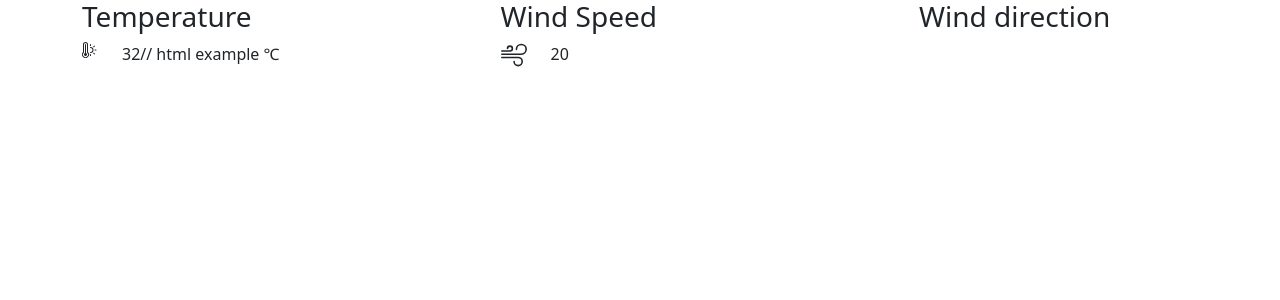
Repository: Saiyamjain-100/weather-app
Page: src/component/new.html
An editor plug-in stored every save of this project. The page is shown before and after a run of saves, followed by the edit.
The browser window is 1280 px wide. The pictures show the whole page.

Above is the page before, as saved 2022-05-18 14:29:09.

After the next 2 saves:
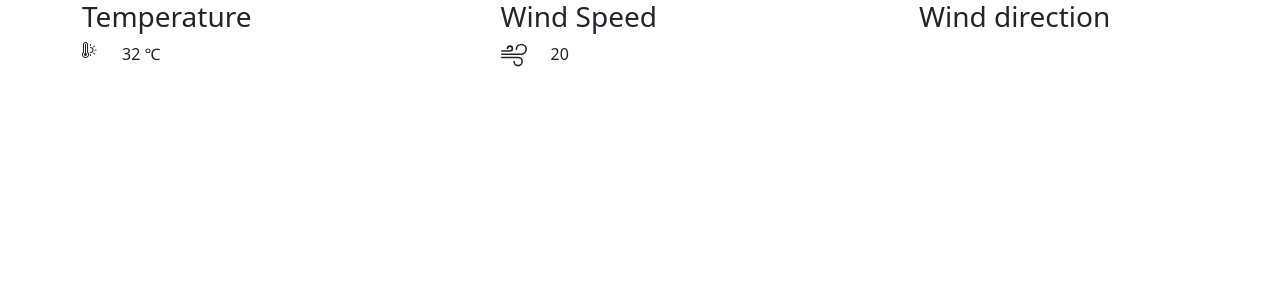
The 2 saves are shown as one change because they came seconds apart.
The last was saved 6 s later.
--- a/src/component/new.html
+++ b/src/component/new.html
@@ -20,8 +20,7 @@
                         <path d="M5 12.5a1.5 1.5 0 1 1-2-1.415V2.5a.5.5 0 0 1 1 0v8.585A1.5 1.5 0 0 1 5 12.5z"/>
                         <path d="M1 2.5a2.5 2.5 0 0 1 5 0v7.55a3.5 3.5 0 1 1-5 0V2.5zM3.5 1A1.5 1.5 0 0 0 2 2.5v7.987l-.167.15a2.5 2.5 0 1 0 3.333 0L5 10.486V2.5A1.5 1.5 0 0 0 3.5 1zm5 1a.5.5 0 0 1 .5.5v1a.5.5 0 0 1-1 0v-1a.5.5 0 0 1 .5-.5zm4.243 1.757a.5.5 0 0 1 0 .707l-.707.708a.5.5 0 1 1-.708-.708l.708-.707a.5.5 0 0 1 .707 0zM8 5.5a.5.5 0 0 1 .5-.5 3 3 0 1 1 0 6 .5.5 0 0 1 0-1 2 2 0 0 0 0-4 .5.5 0 0 1-.5-.5zM12.5 8a.5.5 0 0 1 .5-.5h1a.5.5 0 1 1 0 1h-1a.5.5 0 0 1-.5-.5zm-1.172 2.828a.5.5 0 0 1 .708 0l.707.708a.5.5 0 0 1-.707.707l-.708-.707a.5.5 0 0 1 0-.708zM8.5 12a.5.5 0 0 1 .5.5v1a.5.5 0 0 1-1 0v-1a.5.5 0 0 1 .5-.5z"/>
                       </svg>
-                    <p class="mx-4"style="text-size-adjust: 20px;">32// html example
-                        <span>&#8451;</span></p>
+                    <p class="mx-4"style="text-size-adjust: 20px;">32                        <span>&#8451;</span></p>
                 </div>
             </div>
             <div class="col-md-3">
